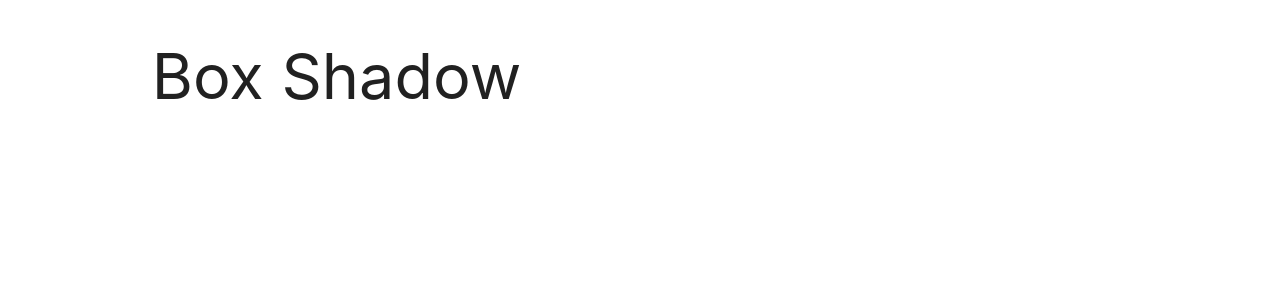
Repository: imrvj/Box-Shadow
Page: /
An editor plug-in stored every save of this project. The page is shown before and after the next save, followed by the edit.
The browser window is 1280 px wide. The pictures show the whole page.
The project was rebuilt for these pictures with package versions that can differ from the ones it lists, and the page was loaded fresh each time.

Above is the page before, as saved 2020-02-19 23:09:25.

### public/index.html
<!DOCTYPE html>
<html lang="en">
  <head>
    <meta charset="utf-8" />
    <link rel="icon" href="%PUBLIC_URL%/favicon.ico" />
    <meta name="viewport" content="width=device-width, initial-scale=1" />
    <meta name="theme-color" content="#000000" />
    <meta
      name="description"
      content="Web site created using create-react-app"
    />
    <link rel="apple-touch-icon" href="%PUBLIC_URL%/logo192.png" />
    <!--
      manifest.json provides metadata used when your web app is installed on a
      user's mobile device or desktop. See https://developers.google.com/web/fundamentals/web-app-manifest/
    -->
    <link rel="manifest" href="%PUBLIC_URL%/manifest.json" />
    <!--
      Notice the use of %PUBLIC_URL% in the tags above.
      It will be replaced with the URL of the `public` folder during the build.
      Only files inside the `public` folder can be referenced from the HTML.

      Unlike "/favicon.ico" or "favicon.ico", "%PUBLIC_URL%/favicon.ico" will
      work correctly both with client-side routing and a non-root public URL.
      Learn how to configure a non-root public URL by running `npm run build`.
    -->
    <!-- Compiled and minified CSS -->
    <link rel="stylesheet" href="https://cdnjs.cloudflare.com/ajax/libs/materialize/1.0.0/css/materialize.min.css">

    <title>React App</title>
  </head>
  <body>
    <noscript>You need to enable JavaScript to run this app.</noscript>
    <div id="root"></div>
    <!--
      This HTML file is a template.
      If you open it directly in the browser, you will see an empty page.

      You can add webfonts, meta tags, or analytics to this file.
      The build step will place the bundled scripts into the <body> tag.

      To begin the development, run `npm start` or `yarn start`.
      To create a production bundle, use `npm run build` or `yarn build`.
    -->
       <!-- Compiled and minified JavaScript -->
       <script src="https://cdnjs.cloudflare.com/ajax/libs/materialize/1.0.0/js/materialize.min.js"></script>

  </body>
</html>

### src/App.js
import React from 'react';

import './App.css';

function App() {
  return (
    <div className="App">
      <h1>Box Shadow</h1>
      <div className="controls">
      <div id="test-slider"></div>

      </div>
      <div className="output"></div>
    </div>
  );
}

export default App;

### src/App.css
.App
{
    display: flex;
    justify-content: space-around;
}

Loaded but not shown: src/index.js (common file); src/index.css (common file); src/serviceWorker.js (common file)

After the next save:
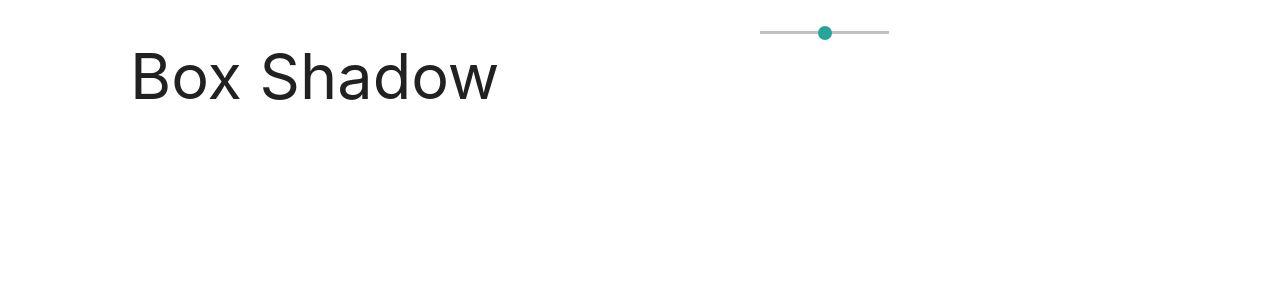
Saved 24 s later.
--- a/src/App.js
+++ b/src/App.js
@@ -7,8 +7,11 @@ function App() {
     <div className="App">
       <h1>Box Shadow</h1>
       <div className="controls">
-      <div id="test-slider"></div>
-
+      <form action="#">
+    <p class="range-field">
+      <input type="range" id="test5" min="0" max="100" />
+    </p>
+  </form>
       </div>
       <div className="output"></div>
     </div>
